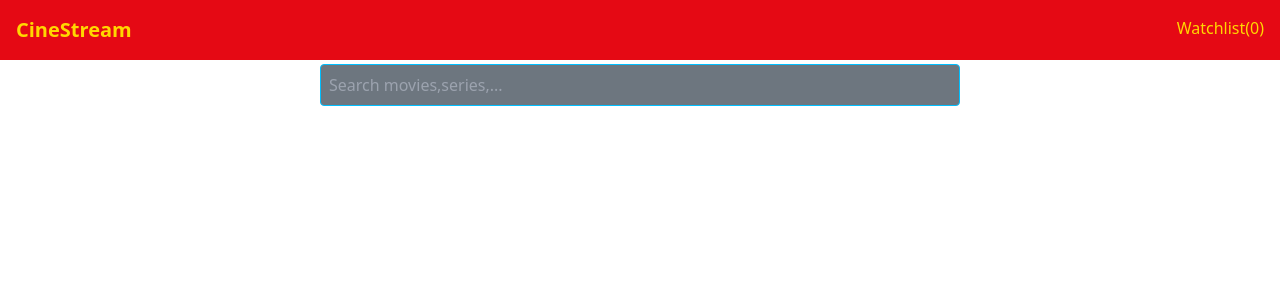
Repository: Reshmashameem31/Cine-Stream
Page: / (app in movie-project/)
The author's editor kept a copy of each file at every save. The page is drawn from the files as they stood at one save, then again after a run of saves.
The browser window is 1280 px wide. The pictures show the whole page.
The project was rebuilt for these pictures with package versions that can differ from the ones it lists, and the page was loaded fresh each time. Also part of the build but not shown: movie-project/vite.config.js, movie-project/src/pages/WatchList.jsx.

Above is the page before, as saved 2025-08-15 17:42:48.

After the next 2 saves:
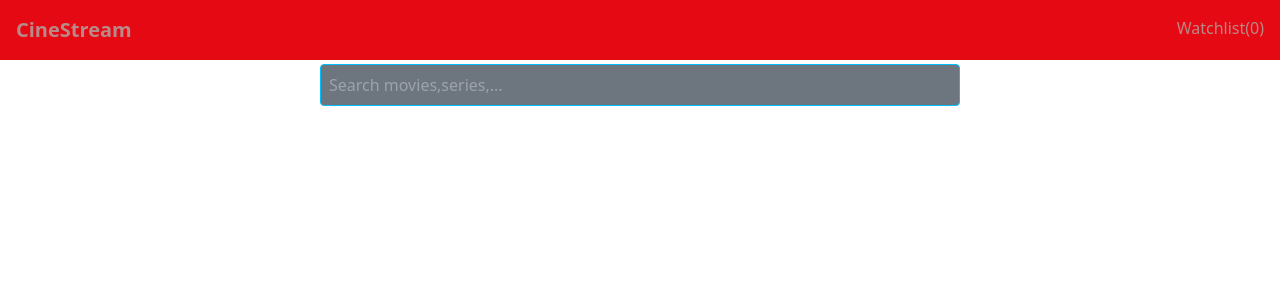
The 2 saves are shown as one change because they came seconds apart.
The last was saved 50 s later.
--- a/movie-project/src/pages/Navbar.jsx
+++ b/movie-project/src/pages/Navbar.jsx
@@ -3,7 +3,7 @@ import { Link } from 'react-router-dom'
 
 const Navbar = () => {
   return (
-    <nav className='p-4 bg-[#E50914] text-[#FFD700]  flex justify-between fixed w-full top-0'>
+    <nav className='p-4 bg-[#E50914] text-[#B88]  flex justify-between fixed w-full top-0'>
       <Link to="/" className='font-bold text-xl hover:text-[#00E5FF] '>CineStream</Link>
       <Link to="/watchlist" className='text-l hover:text-[#00E5FF]'>Watchlist(0)</Link>
     </nav>
